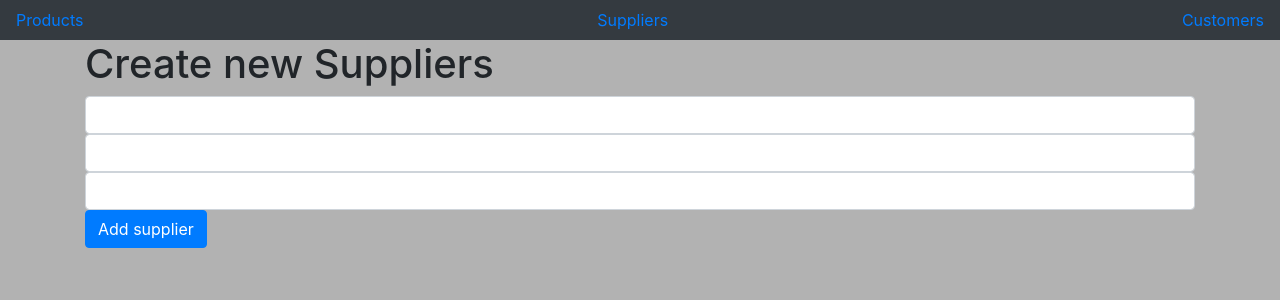
Repository: 99Ace/my-SQL-practice
Page: http://localhost/create/supplier
The author's editor kept a record of every edit. The page is drawn from the files as they stood at one moment, then again after the next edit.
The browser window is 1280 px wide. The pictures show the whole page.
The page is served by the project's application, run on Flask 3 (joinwork/joinwork.py).

Above is the page before.

### joinwork/templates/newsupplier.html
<!doctype html>
<html lang="en">
  <head>
    <!-- Required meta tags -->
    <meta charset="utf-8">
    <meta name="viewport" content="width=device-width, initial-scale=1, shrink-to-fit=no">

    <!-- Bootstrap CSS -->
    <link rel="stylesheet" href="https://stackpath.bootstrapcdn.com/bootstrap/4.3.1/css/bootstrap.min.css" integrity="sha384-ggOyR0iXCbMQv3Xipma34MD+dH/1fQ784/j6cY/iJTQUOhcWr7x9JvoRxT2MZw1T" crossorigin="anonymous">

    <title>Hello, world!</title>
    <style>
        body{
            background-color: rgba(0,0,0,0.3);
        }
    </style>
  </head>
  <body>
    <nav class="navbar bg-dark nav-dark">
          <a href="">Products</a>
          <a href="">Suppliers</a>
          <a href="">Customers</a>

    </nav>
    <div class='container'>
        <h1>Create new Suppliers</h1>
        <form class="form-group" method="POST">
            <input name="companyName" type="text" class="form-control" placeholder="" />
            <input name="contactName" type="text" class="form-control" placeholder="" />
            <input name="contactTitle" type="text" class="form-control" placeholder="" />
            <button class="btn btn-primary">Add supplier</button>
        </form>
    </div>

    <!-- Optional JavaScript -->
    <!-- jQuery first, then Popper.js, then Bootstrap JS -->
    <script src="https://code.jquery.com/jquery-3.3.1.slim.min.js" integrity="sha384-q8i/X+965DzO0rT7abK41JStQIAqVgRVzpbzo5smXKp4YfRvH+8abtTE1Pi6jizo" crossorigin="anonymous"></script>
    <script src="https://cdnjs.cloudflare.com/ajax/libs/popper.js/1.14.7/umd/popper.min.js" integrity="sha384-UO2eT0CpHqdSJQ6hJty5KVphtPhzWj9WO1clHTMGa3JDZwrnQq4sF86dIHNDz0W1" crossorigin="anonymous"></script>
    <script src="https://stackpath.bootstrapcdn.com/bootstrap/4.3.1/js/bootstrap.min.js" integrity="sha384-JjSmVgyd0p3pXB1rRibZUAYoIIy6OrQ6VrjIEaFf/nJGzIxFDsf4x0xIM+B07jRM" crossorigin="anonymous"></script>
  </body>
</html>

### joinwork/joinwork.py
from flask import Flask, render_template, request
import os
import pymysql

connection = pymysql.connect(
    host='localhost', # IP address of the database; localhost means "the local machine"
    user="admin@localhost",  #the mysql user
    password="password", #the password for the user
    database="northwind" #the name of database we want to use
)

app = Flask(__name__)

@app.route('/')
def index():
    cursor = connection.cursor(pymysql.cursors.DictCursor)
    sql = "SELECT * FROM Suppliers"
    cursor.execute(sql)
    results = []
    for r in cursor:
        results.append(r)
    return render_template("northwind.html", data = results)

@app.route('/create/supplier')
def enter_supplier():
    return render_template("newsupplier.html")


@app.route('/supplier', methods =['POST'])
def create_supplier():
    cursor = connection.cursor(pymysql.cursors.DictCursor)
    companyName = request.form.get('companyName')
    contactName =request.form.get('contactName')
    contactTitle=request.form.get('contactTitle')

    cursor.execute(sql)
    connection.commit()
    return render_template("Linked")


# "magic code" -- boilerplate
if __name__ == '__main__':
    app.run(host=os.environ.get('IP'),
            port=int(os.environ.get('PORT')),
            debug=True)

After the next edit:
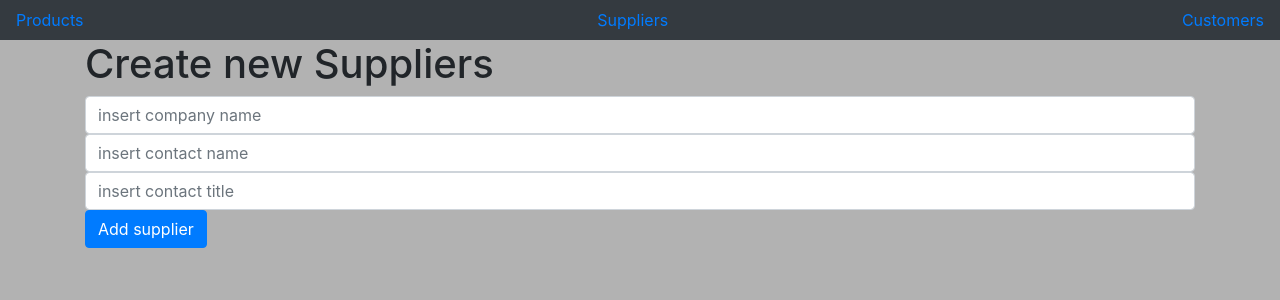
The edit:
--- a/joinwork/templates/newsupplier.html
+++ b/joinwork/templates/newsupplier.html
@@ -25,9 +25,9 @@
     <div class='container'>
         <h1>Create new Suppliers</h1>
         <form class="form-group" method="POST">
-            <input name="companyName" type="text" class="form-control" placeholder="" />
-            <input name="contactName" type="text" class="form-control" placeholder="" />
-            <input name="contactTitle" type="text" class="form-control" placeholder="" />
+            <input name="companyName" type="text" class="form-control" placeholder="insert company name" />
+            <input name="contactName" type="text" class="form-control" placeholder="insert contact name" />
+            <input name="contactTitle" type="text" class="form-control" placeholder="insert contact title" />
             <button class="btn btn-primary">Add supplier</button>
         </form>
     </div>
